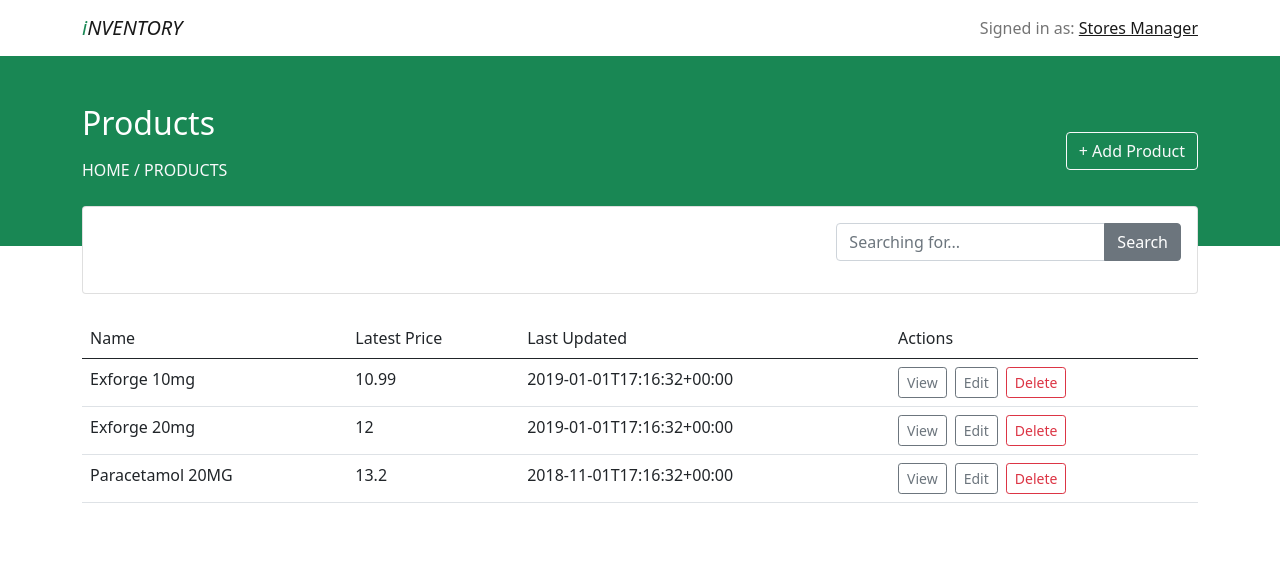
Repository: tHEO2k17/inventory-manager
Page: /
These files come from the project's save history. The page is drawn as it stood at one moment and after the next save; the edit follows.
The browser window is 1280 px wide. The pictures show the whole page.
The project was rebuilt for these pictures with package versions that can differ from the ones it lists, and the page was loaded fresh each time.

Above is the page before, as saved 2021-08-31 09:30:37.

After the next save:
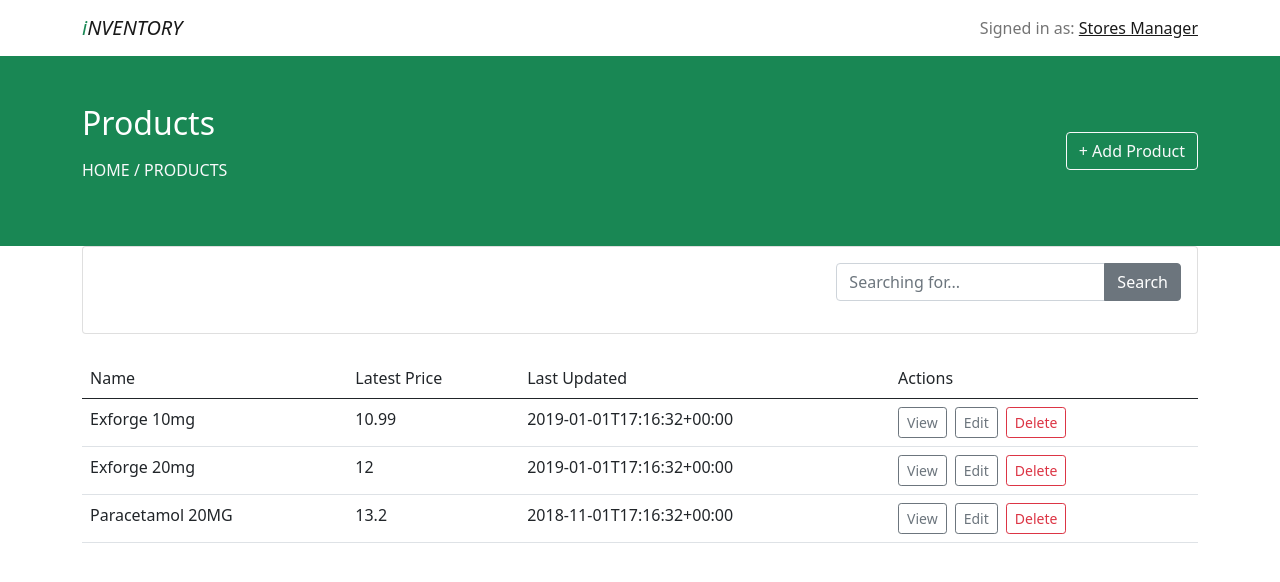
Saved 11 s later.
--- a/src/index.scss
+++ b/src/index.scss
@@ -1,5 +1,5 @@
 @import '~bootstrap/scss/bootstrap.scss';
 
-.mtn-30{
+.mtn-40{
     margin-top: -40px;
 }

After the save that followed:
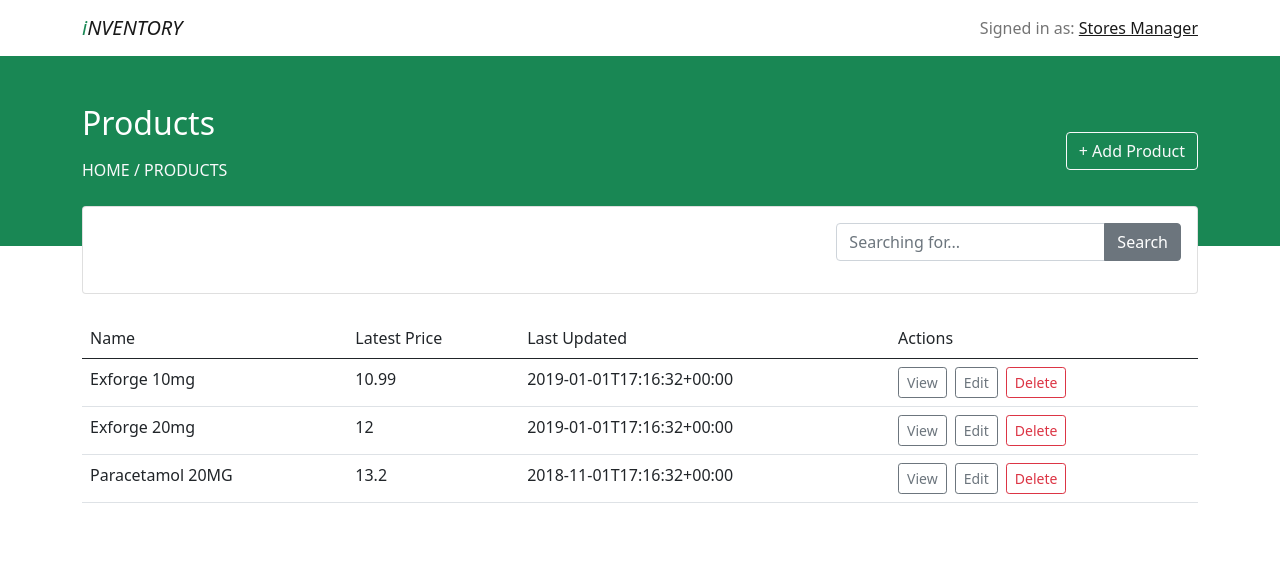
Saved 3 s later.
--- a/src/presentation/pages/ProductsPage.tsx
+++ b/src/presentation/pages/ProductsPage.tsx
@@ -17,7 +17,7 @@ export default class ProductsPage extends Component {
                 <TopBar />
                 <Banner />
                 <Container>
-                    <Card className="mtn-30">
+                    <Card className="mtn-40">
                         <Card.Body>
                             <Row>
                                 <Col></Col>
